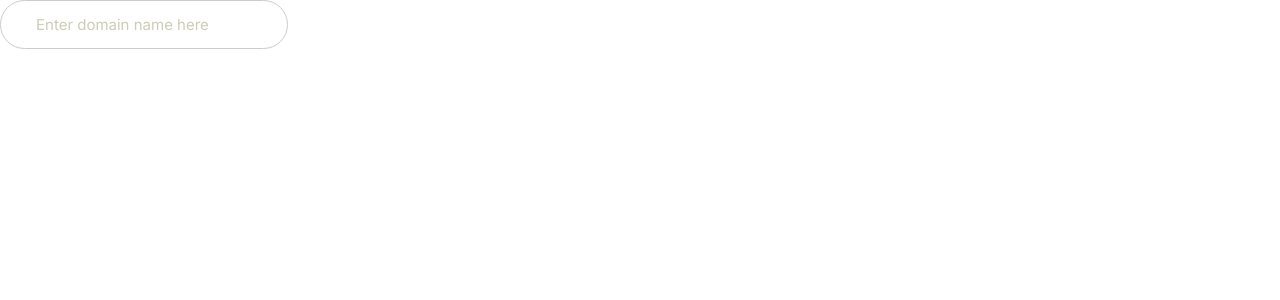
Repository: Qiwenweiii/CodeWithMosh
Page: index.html
An editor plug-in stored every save of this project. The page is shown before and after the next save, followed by the edit.
The browser window is 1280 px wide. The pictures show the whole page.

Above is the page before, as saved 2021-11-11 20:22:39.

### index.html
<!DOCTYPE html>
<html>

<head>
    <title>CodeWithMosh</title>
    <meta charset="UTF-8" />

    <link rel="preconnect" href="https://fonts.googleapis.com" />
    <link rel="preconnect" href="https://fonts.gstatic.com" crossorigin />
    <link href="https://fonts.googleapis.com/css2?family=Inter:wght@400;600;700&display=swap" rel="stylesheet" />

    <link rel="stylesheet" href="./styles/normalize.css" />
    <link rel="stylesheet" href="./styles/styles.css" />
</head>

<body>
    <div class="input-group"><input type="text" class="input" placeholder="Enter domain name here" /></div>
</body>

</html>

### styles/styles.css
:root {
  /* 定义配色变量 */
  /* 主体配色 */
  --color-primary: #2584ff;
  --color-secondary: #00d9ff;
  --color-accent: #ff3400;

  /* 文本配色 */
  --color-headings: #1b0760;
  --color-body: #918ca4;
}

/* 字体配置 */
/* 设置默认字体大小 */
html {
  /* 默认字体大小是16px，62.5%是10px */
  font-size: 62.5%;
}

/* 设置字体，字体大小和文本颜色 */
body {
  font-family: Inter, Arial, Helvetica, sans-serif;
  color: var(--color-body);
  font-size: 2.4rem;
  line-height: 1.5;
}

h1,
h2,
h3 {
  color: var(--color-headings);
  margin-bottom: 1rem;
}

h1 {
  font-size: 7rem;
}
h2 {
  font-size: 4rem;
}
h3 {
  font-size: 3rem;
}

p {
  margin-top: 0;
}

/* PC端页面字体大小 */
@media screen and (min-width: 1024px) {
  body {
    font-size: 1.8rem;
  }
  h1 {
    font-size: 8rem;
  }
  h3 {
    font-size: 2.4rem;
  }
}

/* 链接配置,Links */
a {
  text-decoration: none;
}

.link-arrow {
  color: var(--color-accent);
  text-transform: uppercase;
  font-size: 2rem;
  font-weight: bold;
}

.link-arrow::after {
  content: "-->";
  margin-left: 5px;

  transition: margin 0.15s;
}

.link-arrow:hover::after {
  margin-left: 10px;
}

@media screen and (min-width: 1024px) {
  .link-arrow {
    font-size: 1.5rem;
  }
}

/* 标签的样式 */
/* 结构 */
.badge {
  border-radius: 20px;
  padding: 0.5rem 2rem;
  font-weight: 600;
  font-size: 2rem;
  white-space: nowrap;
}

/* 外观，常规标签 */
.badge--primary {
  background: var(--color-primary);
  color: #fff;
}

.badge--secondary {
  background: var(--color-secondary);
  color: #fff;
}
/* 小标签 */
.badge--small {
  font-size: 1.6rem;
}

@media screen and (min-width: 1024px) {
  .badge {
    font-size: 1.5rem;
  }
  .badge--small {
    font-size: 1.2rem;
  }
}

/* 列表 */
.list {
  list-style: none;
  padding-left: 0;
  color: var(--color-headings);
}

.list--inline .list__item {
  display: inline-block;
  margin-right: 2rem;
}

.list--tick {
  padding-left: 3rem;
  list-style-image: url(../images/tick.svg);
}

.list--tick .list__item {
  padding-left: 0.5rem;
  margin-bottom: 1rem;
}

@media screen and (min-width: 1024px) {
  .list--tick .list__item {
    padding-left: 0;
  }
}

/* Icon，图标 */
.icon-container {
  display: flex;
  justify-content: center;
  align-items: center;
  background: #f3f9fa;
  width: 64px;
  height: 64px;
  border-radius: 100%;
}

.icon {
  width: 40px;
  height: 40px;
}

.icon--primary {
  fill: var(--color-primary);
}

/* 输入框及按钮组件 */
.input {
  padding: 1.5rem 3.5rem;
  border: 1px solid #ccc;
  border-radius: 30px;
  outline: none;
  color: var(--color-headings);
  font-size: 2rem;
}

::placeholder {
  color: #cdcdb7;
}

@media screen and (min-width: 1024px) {
  .input {
    font-size: 1.5rem;
  }
}

Loaded but not shown: styles/normalize.css (library)

After the next save:
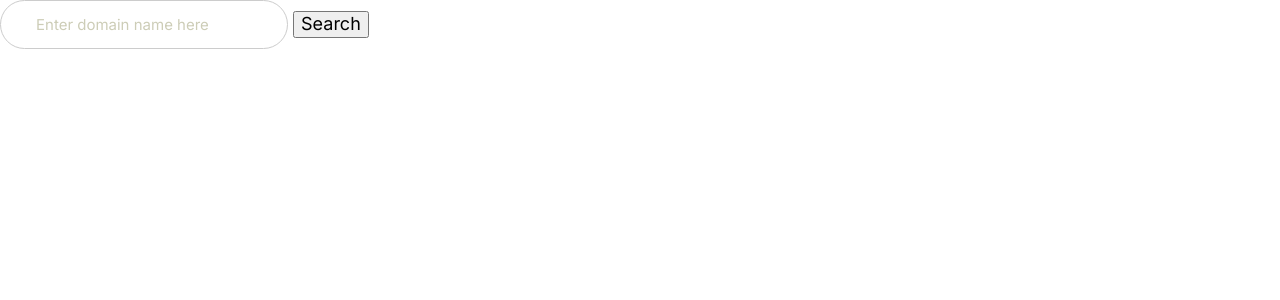
Saved 27 s later.
--- a/index.html
+++ b/index.html
@@ -14,7 +14,10 @@
 </head>
 
 <body>
-    <div class="input-group"><input type="text" class="input" placeholder="Enter domain name here" /></div>
+    <div class="input-group">
+        <input type="text" class="input" placeholder="Enter domain name here" />
+        <button class="btn btn--accent">Search</button>
+    </div>
 </body>
 
 </html>
